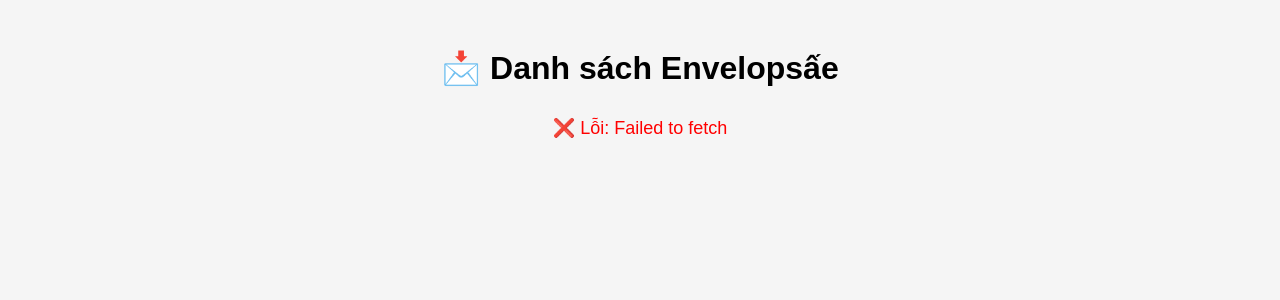
Repository: huycodedie/lixitesst
Page: index.html
An editor plug-in stored every save of this project. The page is shown before and after the next save, followed by the edit.
The browser window is 1280 px wide. The pictures show the whole page.
The page's requests for data from a server got no answer.

Above is the page before, as saved 2026-01-05 16:06:01.

### index.html
<!DOCTYPE html>
<html lang="vi">
<head>
  <meta charset="UTF-8" />
  <title>Danh sách Envelope</title>
  <style>
    body {
      font-family: Arial, sans-serif;
      background: #f5f5f5;
      padding: 20px;
    }

    h1 {
      text-align: center;
    }

    table {
      width: 100%;
      border-collapse: collapse;
      background: #fff;
      margin-top: 20px;
    }

    th, td {
      padding: 10px;
      border: 1px solid #ddd;
      text-align: center;
    }

    th {
      background: #ff6b6b;
      color: white;
    }

    tr:nth-child(even) {
      background: #f9f9f9;
    }

    .loading {
      text-align: center;
      font-size: 18px;
      margin-top: 30px;
    }

    .error {
      color: red;
      text-align: center;
      margin-top: 20px;
    }
  </style>
</head>
<body>

  <h1>📩 Danh sách Envelopsấe</h1>

  <div id="status" class="loading">Đang tải dữ liệu...</div>

  <table id="envelopeTable" style="display: none;">
    <thead>
      <tr>
        <th>#</th>
        <th>ID</th>
        <th>Tên</th>
        <th>Số tiền</th>
        <th>Ngày tạo</th>
      </tr>
    </thead>
    <tbody id="tableBody"></tbody>
  </table>

  <script>
    const API_URL = "https://websocket.lixitet.top/api/envelope/getall";

    fetch(API_URL)
      .then(response => {
        if (!response.ok) {
          throw new Error("Không thể lấy dữ liệu");
        }
        return response.json();
      })
      .then(data => {
        console.log(data);

        const status = document.getElementById("status");
        const table = document.getElementById("envelopeTable");
        const tbody = document.getElementById("tableBody");

        status.style.display = "none";
        table.style.display = "table";

        // Nếu API trả về dạng { data: [...] }
        const envelopes = data.data || data;

        envelopes.forEach((item, index) => {
          const tr = document.createElement("tr");

          tr.innerHTML = `
            <td>${index + 1}</td>
            <td>${item._id || ""}</td>
            <td>${item.name || item.title || "Không có tên"}</td>
            <td>${item.amount ? item.amount.toLocaleString() : 0} ₫</td>
            <td>${item.createdAt ? new Date(item.createdAt).toLocaleString() : ""}</td>
          `;

          tbody.appendChild(tr);
        });
      })
      .catch(error => {
        document.getElementById("status").innerHTML =
          `<div class="error">❌ Lỗi: ${error.message}</div>`;
      });
  </script>

</body>
</html>

After the next save:
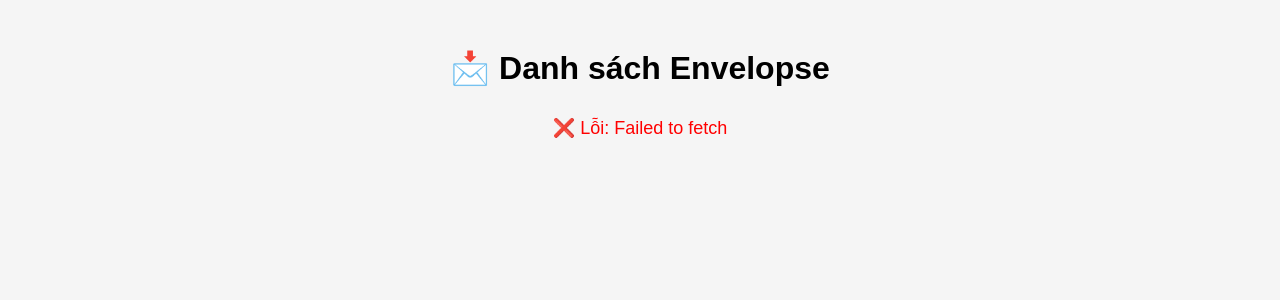
Saved 8 s later.
--- a/index.html
+++ b/index.html
@@ -51,7 +51,7 @@
 </head>
 <body>
 
-  <h1>📩 Danh sách Envelopsấe</h1>
+  <h1>📩 Danh sách Envelopse</h1>
 
   <div id="status" class="loading">Đang tải dữ liệu...</div>
 
